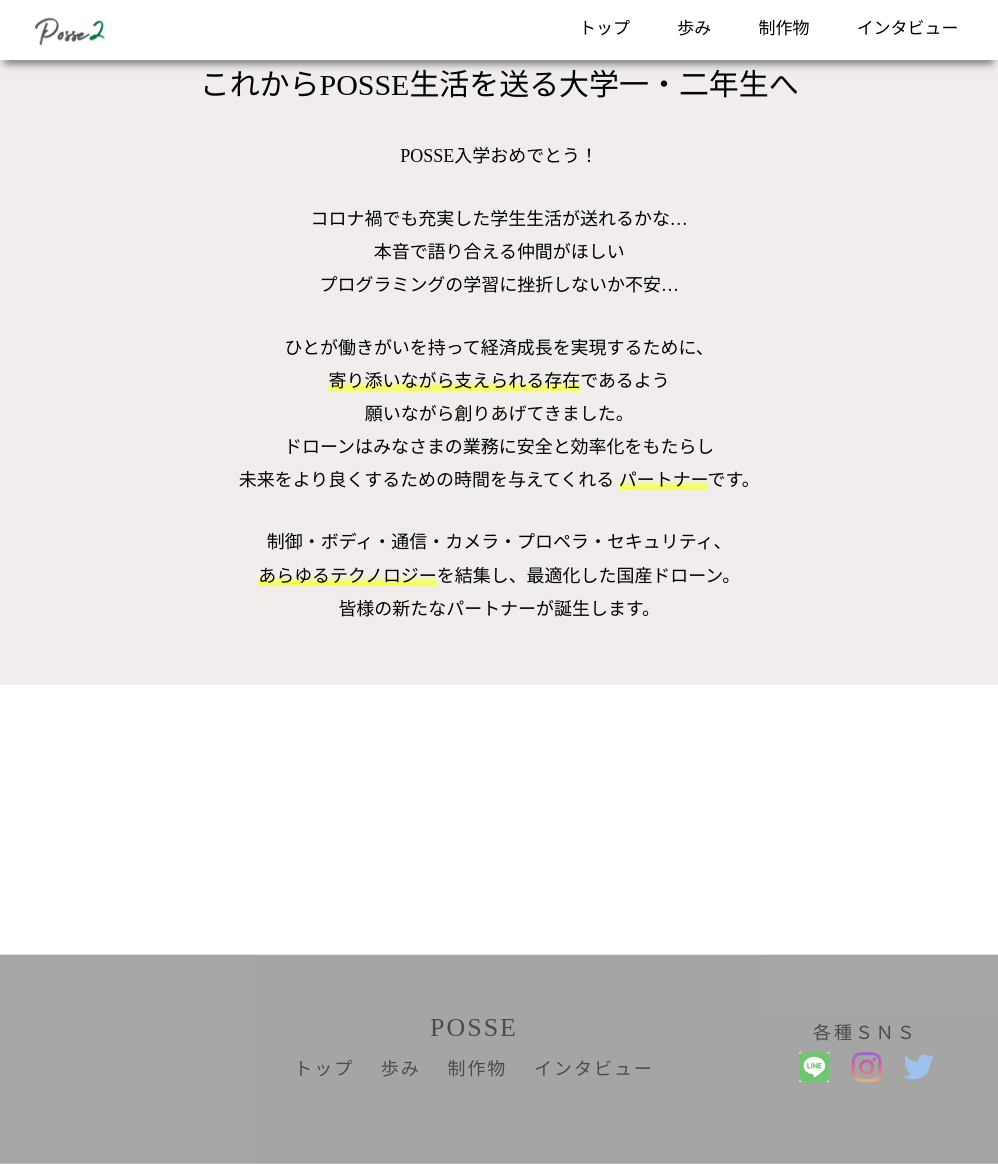
Repository: posse-ap/posse2-hackathon-202202-team2A
Page: topPage/index.html
The author's editor kept a copy of each file at every save. The page is drawn from the files as they stood at one save, then again after a run of saves.
The browser window is 1280 px wide. The pictures show the whole page, at 78% of full size.

Above is the page before, as saved 2022-02-15 03:11:49.

After the next 2 saves:
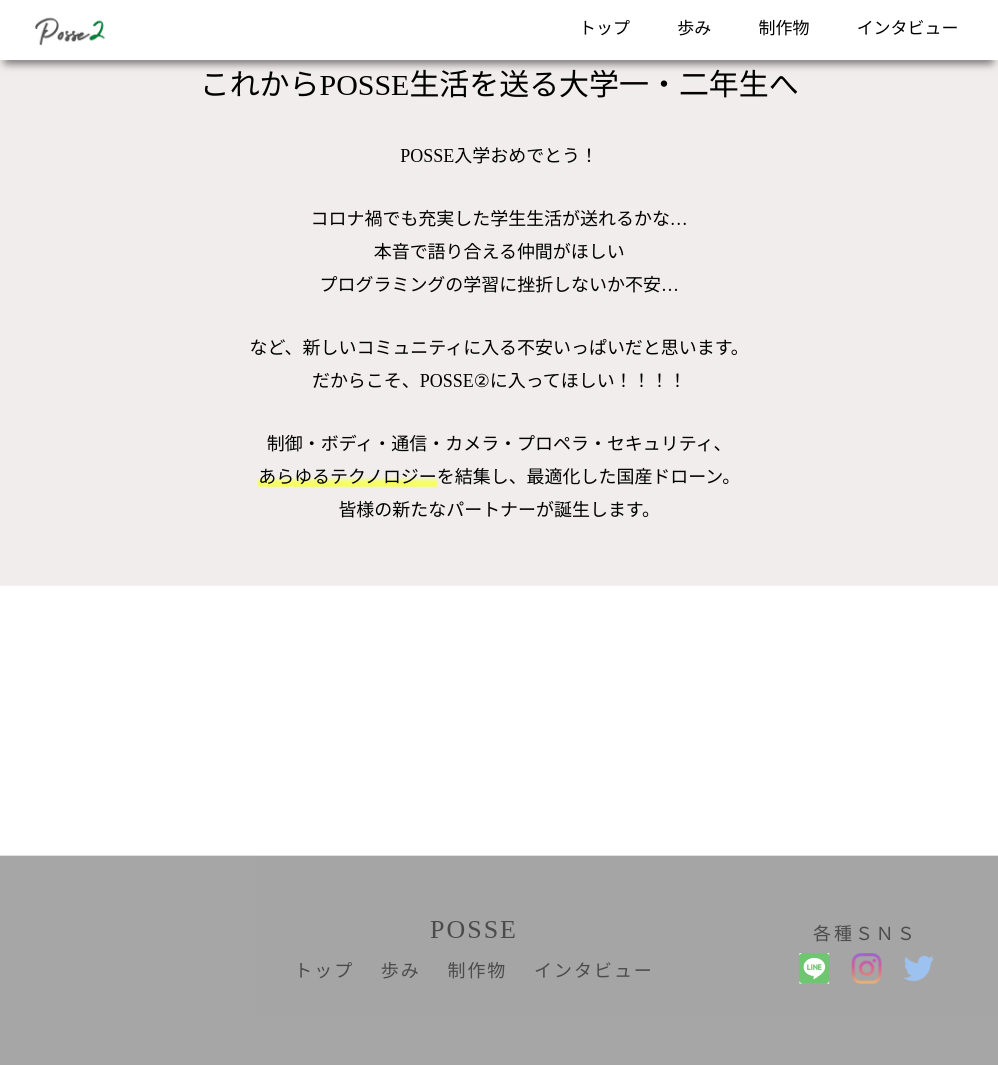
The 2 saves are shown as one change because they came seconds apart.
The last was saved 21 s later.
--- a/topPage/index.html
+++ b/topPage/index.html
@@ -69,11 +69,9 @@
             本音で語り合える仲間がほしい<br>
             プログラミングの学習に挫折しないか不安…<br>
             </p>
-        <p>ひとが働きがいを持って経済成長を実現するために、<br>
-            <span class="highlight">寄り添いながら支えられる存在</span>であるよう<br>
-            願いながら創りあげてきました。<br>
-            ドローンはみなさまの業務に安全と効率化をもたらし<br>
-            未来をより良くするための時間を与えてくれる <span class="highlight">パートナー</span>です。</p>
+        <p>など、新しいコミュニティに入る不安いっぱいだと思います。<br>
+            だからこそ、POSSE②に入ってほしい！！！！
+            </p>
         <p>制御・ボディ・通信・カメラ・プロペラ・セキュリティ、<br>
             <span class="highlight">あらゆるテクノロジー</span>を結集し、最適化した国産ドローン。<br>
             皆様の新たなパートナーが誕生します。</p>
